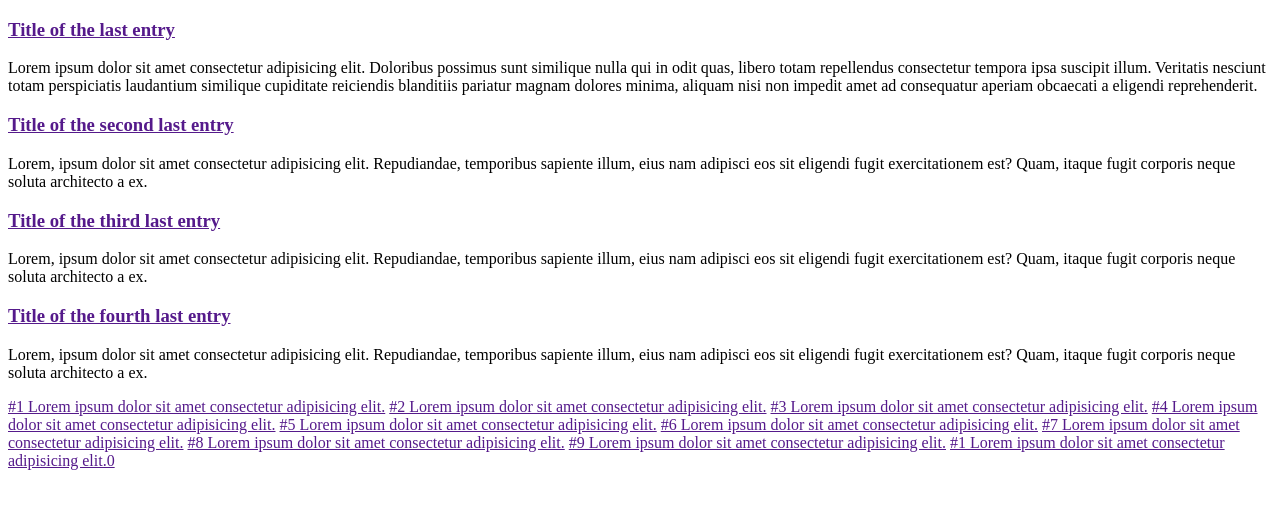
Repository: KikiMcArron/Don_Kiki_McArron
Page: index.html
An editor plug-in stored every save of this project. The page is shown before and after the next save, followed by the edit.
The browser window is 1280 px wide. The pictures show the whole page.

Above is the page before, as saved 2022-04-10 20:12:57.

### index.html
<!DOCTYPE html>
<html lang="pl">

<head>
    <meta charset="UTF-8">
    <meta http-equiv="X-UA-Compatible" content="IE=edge">
    <meta name="viewport" content="width=device-width, initial-scale=1.0">
    <title>Document</title>
</head>

<body>
    <header>
        <nav></nav>
    </header>
    <main>
        <section class="last_entrie">
            <div>
                <a href=""><h3>Title of the last entry</h3></a>
                <p>Lorem ipsum dolor sit amet consectetur adipisicing elit. Doloribus possimus sunt similique nulla qui in odit quas, libero totam repellendus consectetur tempora ipsa suscipit illum. Veritatis nesciunt totam
                    perspiciatis laudantium similique cupiditate reiciendis blanditiis pariatur magnam dolores minima,
                    aliquam nisi non impedit amet ad consequatur aperiam obcaecati a eligendi reprehenderit.</p>

            </div>
        </section>
        <section class="prev_entries">
            <div>
                <a href=""><h3>Title of the second last entry</h3></a>
                <p>Lorem, ipsum dolor sit amet consectetur adipisicing elit. Repudiandae, temporibus sapiente illum,
                    eius nam adipisci eos sit eligendi fugit exercitationem est? Quam, itaque fugit corporis neque
                    soluta architecto a ex.</p>
                </div>
                <div>
                    <a href=""><h3>Title of the third last entry</h3></a>
                    <p>Lorem, ipsum dolor sit amet consectetur adipisicing elit. Repudiandae, temporibus sapiente illum,
                        eius nam adipisci eos sit eligendi fugit exercitationem est? Quam, itaque fugit corporis neque
                        soluta architecto a ex.</p>
                    </div>
                    <div>
                        <a href=""><h3>Title of the fourth last entry</h3></a>
                            <p>Lorem, ipsum dolor sit amet consectetur adipisicing elit. Repudiandae, temporibus sapiente illum,
                                eius nam adipisci eos sit eligendi fugit exercitationem est? Quam, itaque fugit corporis neque
                                soluta architecto a ex.</p>
            </div>
        </section>
        <section class="hitory_entries">
            <a href=""> #1 Lorem ipsum dolor sit amet consectetur adipisicing elit.</a>
            <a href=""> #2 Lorem ipsum dolor sit amet consectetur adipisicing elit.</a>
            <a href=""> #3 Lorem ipsum dolor sit amet consectetur adipisicing elit.</a>
            <a href=""> #4 Lorem ipsum dolor sit amet consectetur adipisicing elit.</a>
            <a href=""> #5 Lorem ipsum dolor sit amet consectetur adipisicing elit.</a>
            <a href=""> #6 Lorem ipsum dolor sit amet consectetur adipisicing elit.</a>
            <a href=""> #7 Lorem ipsum dolor sit amet consectetur adipisicing elit.</a>
            <a href=""> #8 Lorem ipsum dolor sit amet consectetur adipisicing elit.</a>
            <a href=""> #9 Lorem ipsum dolor sit amet consectetur adipisicing elit.</a>
            <a href=""> #1 Lorem ipsum dolor sit amet consectetur adipisicing elit.0</a>

        </section>
    </main>
    <aside class="notes"></aside>
    <aside class="projects"></aside>
    <footer></footer>
</body>

</html>

After the next save:
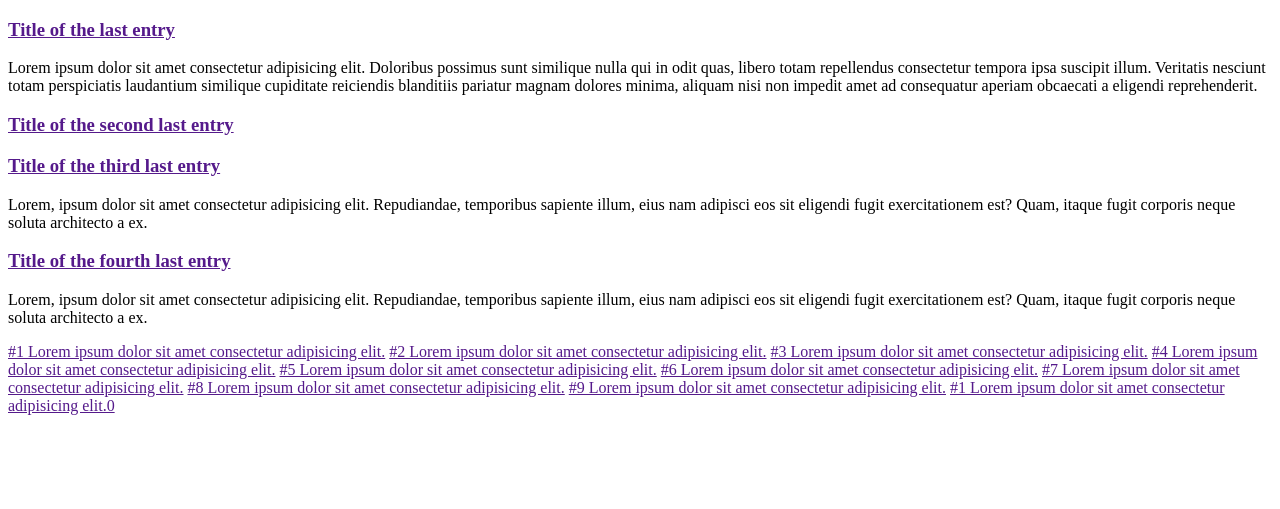
Saved 78 min 36 s later.
--- a/index.html
+++ b/index.html
@@ -25,9 +25,7 @@
         <section class="prev_entries">
             <div>
                 <a href=""><h3>Title of the second last entry</h3></a>
-                <p>Lorem, ipsum dolor sit amet consectetur adipisicing elit. Repudiandae, temporibus sapiente illum,
-                    eius nam adipisci eos sit eligendi fugit exercitationem est? Quam, itaque fugit corporis neque
-                    soluta architecto a ex.</p>
+
                 </div>
                 <div>
                     <a href=""><h3>Title of the third last entry</h3></a>
